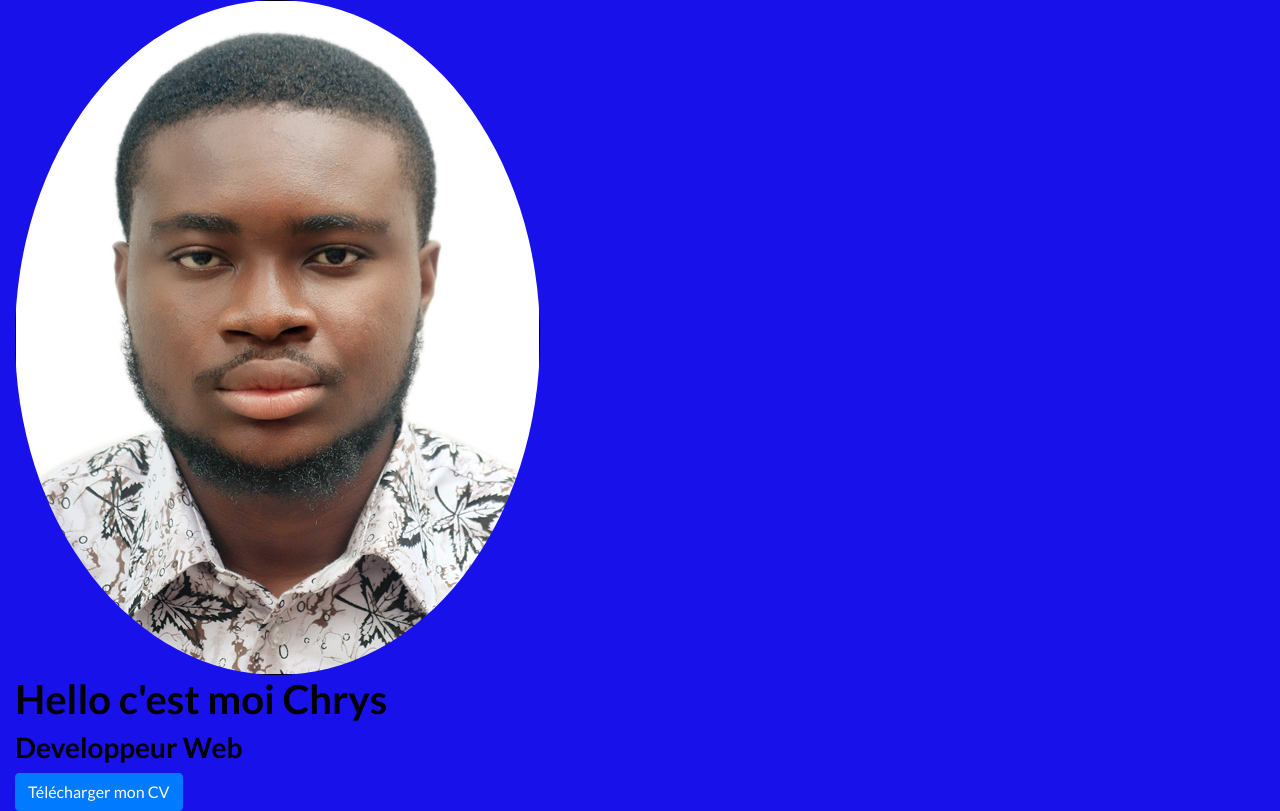
Repository: CHRYSOVR/CV_en_ligne_Interactif
Page: index.html
The author's editor kept a copy of each file at every save. The page is drawn from the files as they stood at one save, then again after the next save.
The browser window is 1280 px wide. The pictures show the whole page.

Above is the page before, as saved 2025-07-07 15:02:03.
Console error: TypeError: Cannot read properties of undefined (reading 'fn')

After the next save:
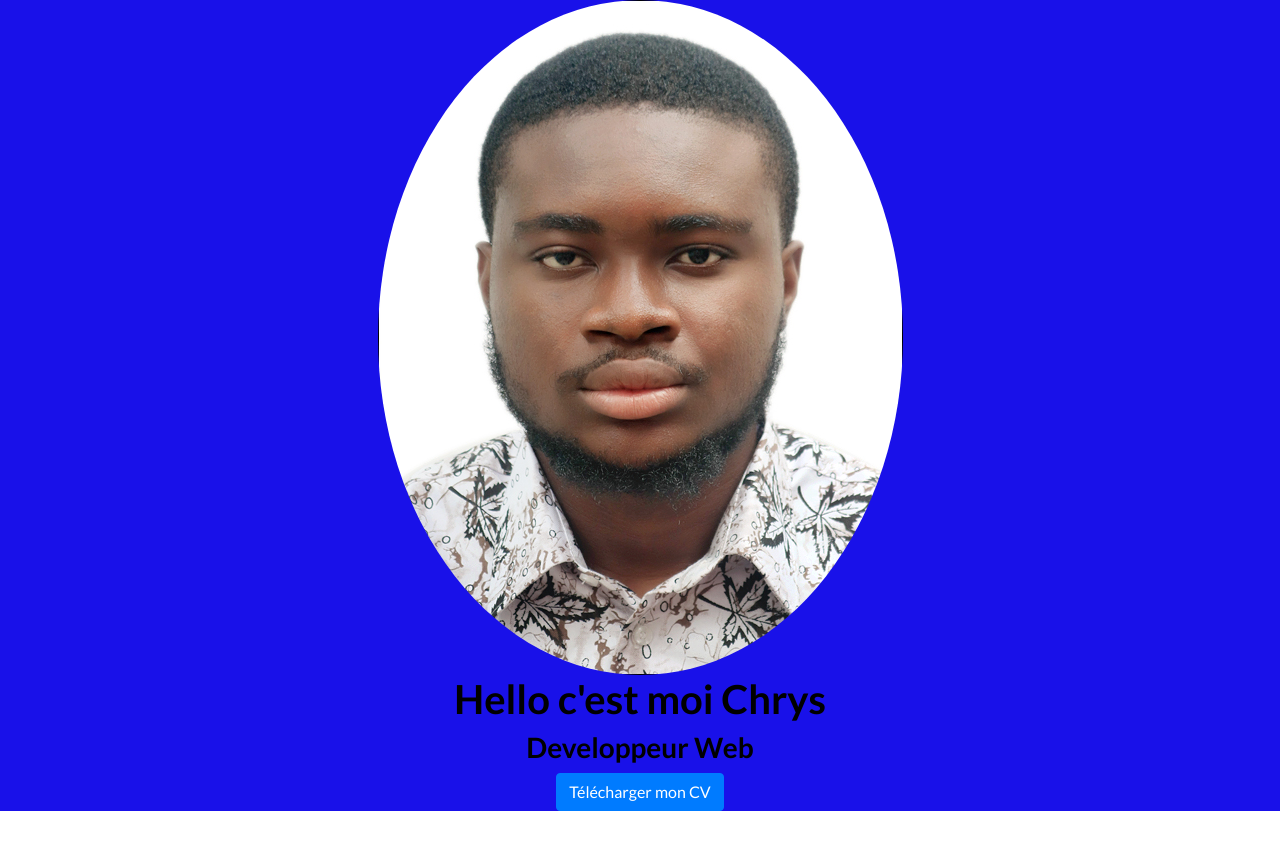
Saved 36 s later.
--- a/index.html
+++ b/index.html
@@ -14,8 +14,8 @@
 </head>
 <body>
   <section id="about" class="container-fluid">
-    <div ><img src="images/Me.JPG" alt="photo sanne-tia" class="rounded-circle"> </div>
-        <div><h1>Hello c'est moi Chrys</h1 >
+    <div class="profile-picture" ><img src="images/Me.JPG" alt="photo sanne-tia" class="rounded-circle">
+        <h1>Hello c'est moi Chrys</h1 >
      <h3>Developpeur Web</h3>
      <a href="documents/CV_Sanne-Tia.pdf" class="btn btn-primary" target="_blank">Télécharger mon CV</a>
   </div>
